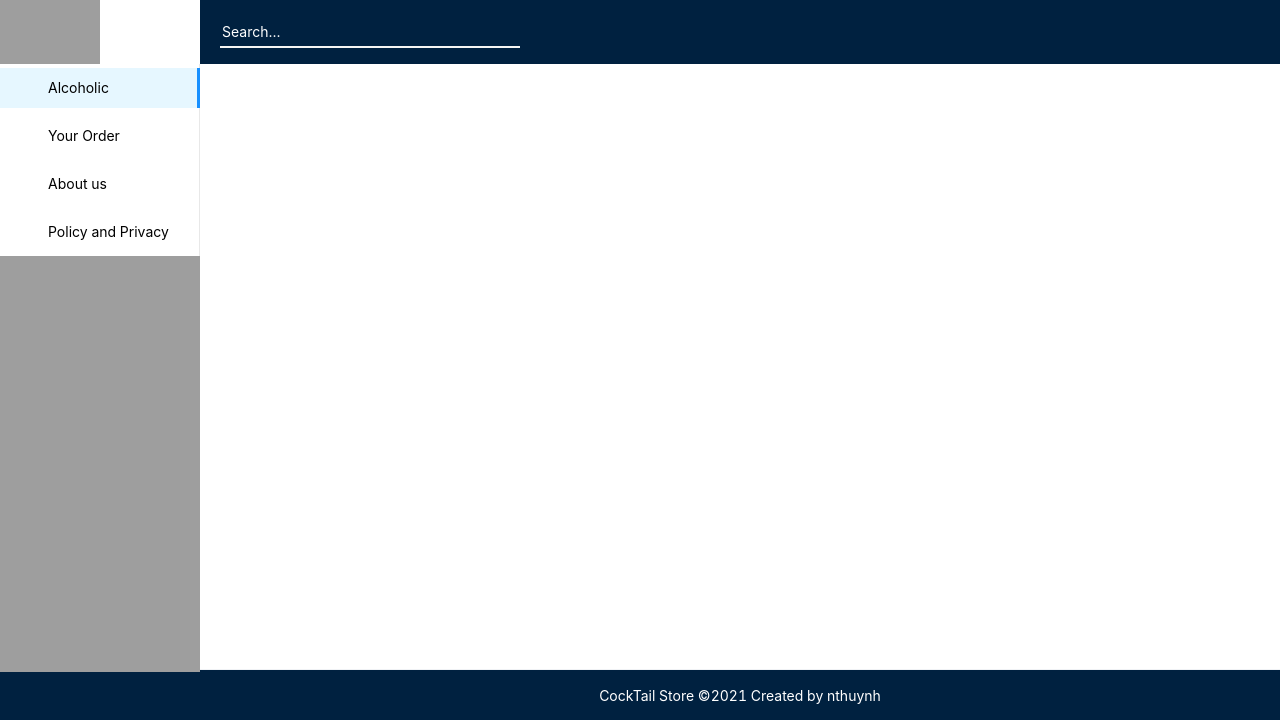
Repository: huynhnt1406/cocktail
Page: /
An editor plug-in stored every save of this project. The page is shown before and after the next save, followed by the edit.
The browser window is 1280 px wide. The pictures show the whole page.
Pictures or frames that could not be fetched are drawn as grey boxes. The page's requests for data from a server got no answer. The project was rebuilt for these pictures with package versions that can differ from the ones it lists, and the page was loaded fresh each time. No one was signed in, and anything a server would have sent is missing. Also part of the build but not shown: src/components/DetailPage.vue, src/components/Order.vue, src/components/AboutUs.vue, src/components/PolicyandPrivacy.vue.

Above is the page before, as saved 2021-05-08 01:09:25.

After the next save:
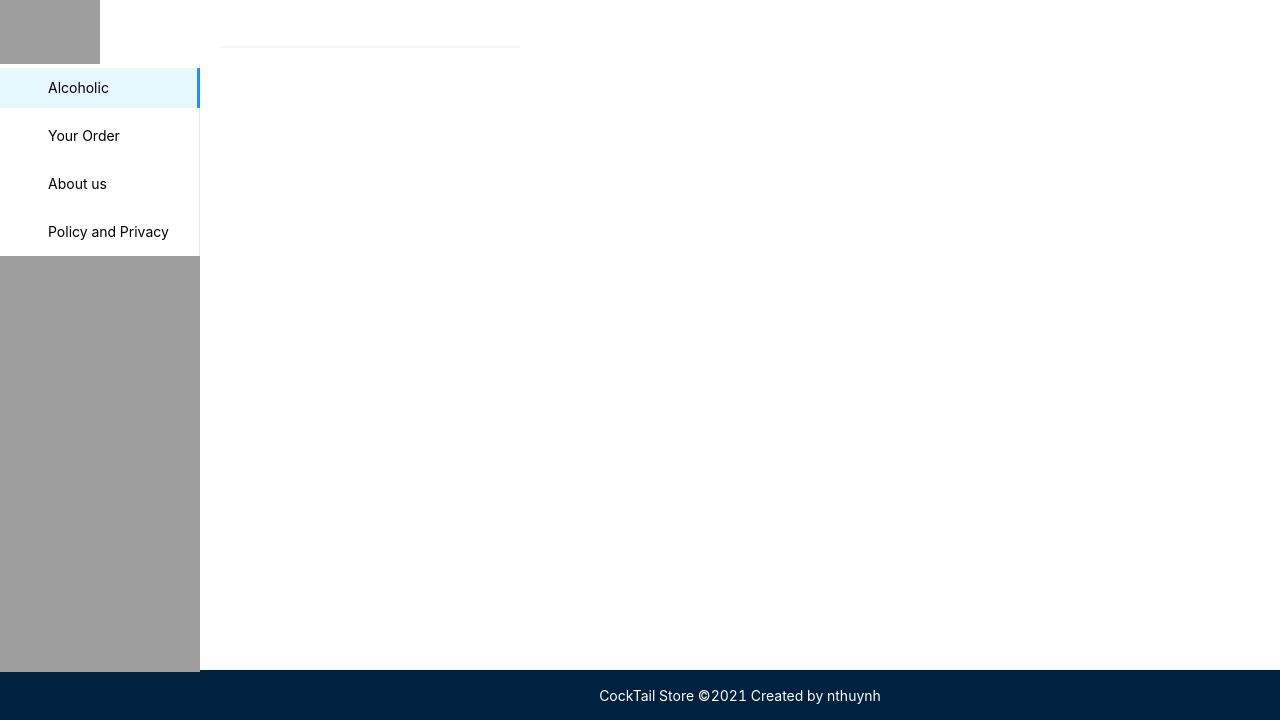
Saved 8 min 9 s later.
--- a/src/components/SearchBar.vue
+++ b/src/components/SearchBar.vue
@@ -18,7 +18,7 @@ export default {
     align-items: center;
     padding-left:10px;
     padding-right: 10px;
-    background-color: #002140;
+    box-shadow: 0 2px 2px rgba(0,0,0,.5);
 }
 .search-tool input{
     height: 30px;
